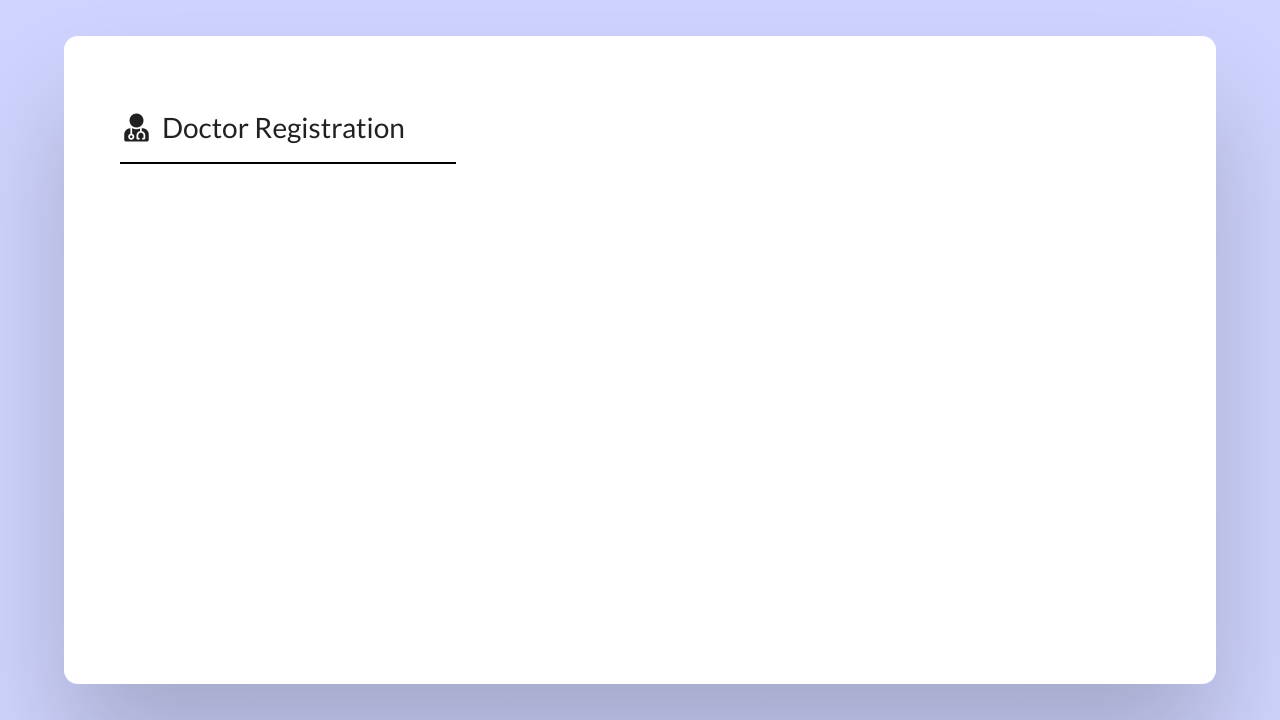
Repository: ajayaj2001/healthcare-digitization
Page: /doctorForm
An editor plug-in stored every save of this project. The page is shown before and after the next save, followed by the edit.
The browser window is 1280 px wide. The pictures show the whole page.
The project was rebuilt for these pictures with package versions that can differ from the ones it lists, and the page was loaded fresh each time. Also part of the build but not shown: src/component/userType/UserType.scss, src/component/userType/UserType.js, src/component/login/Login.scss, src/component/login/loginForm/LoginForm.scss, src/component/login/loginForm/LoginForm.js, src/component/login/Login.js, src/component/register/Register.scss, src/component/register/registerForm/RegisterForm.scss and 2 more.

Above is the page before, as saved 2021-03-13 10:42:17.

### public/index.html
<!DOCTYPE html>
<html lang="en">

<head>
  <meta charset="utf-8" />
  <meta name="viewport" content="width=device-width, initial-scale=1" />
  <meta name="theme-color" content="#000000" />
  <meta name="description" content="Web site created using create-react-app" />
  <link rel="stylesheet" href="https://fonts.googleapis.com/css?family=Roboto:300,400,500,700&display=swap" />
  <link rel="stylesheet" href="https://fonts.googleapis.com/icon?family=Material+Icons" />

  <!--
      manifest.json provides metadata used when your web app is installed on a
      user's mobile device or desktop. See https://developers.google.com/web/fundamentals/web-app-manifest/
    -->
  <!-- <link rel="manifest" href="%PUBLIC_URL%/manifest.json" /> -->
  <!--
      Notice the use of %PUBLIC_URL% in the tags above.
      It will be replaced with the URL of the `public` folder during the build.
      Only files inside the `public` folder can be referenced from the HTML.

      Unlike "/favicon.ico" or "favicon.ico", "%PUBLIC_URL%/favicon.ico" will
      work correctly both with client-side routing and a non-root public URL.
      Learn how to configure a non-root public URL by running `npm run build`.
    -->
  <title>medical</title>
</head>

<body>
  <noscript>You need to enable JavaScript to run this app.</noscript>
  <div id="root"></div>
  <!--
      This HTML file is a template.
      If you open it directly in the browser, you will see an empty page.

      You can add webfonts, meta tags, or analytics to this file.
      The build step will place the bundled scripts into the <body> tag.

      To begin the development, run `npm start` or `yarn start`.
      To create a production bundle, use `npm run build` or `yarn build`.
    -->
</body>

</html>

### src/index.js
import React from 'react';
import ReactDOM from 'react-dom';
import './index.scss';
import App from './component/app/App';
import 'semantic-ui-css/semantic.min.css'


ReactDOM.render(
  // <React.StrictMode>
    <App />
  // </React.StrictMode>
  ,
  document.getElementById('root')
);

### src/index.scss
code {
  font-family: source-code-pro, Menlo, Monaco, Consolas, "Courier New", monospace;
}
@mixin respond($breakpoint) {
  @if $breakpoint == phone {
    @media (max-width: 37.5em) {
      @content;
    }
  }

  @if $breakpoint == tab-land {
    @media (max-width: 75em) {
      @content;
    }
  }
  @if $breakpoint == tab-port {
    @media (max-width: 56.25em) {
      @content;
    }
  }
  @if $breakpoint == big-desktop {
    @media (min-width: 112.5em) {
      @content;
    }
  }
}

*,
*::after,
*::before {
  margin: 0;
  padding: 0;
  box-sizing: inherit;
}
body {
  font-family: "Lato", sans-serif;
  font-weight: 400;
  font-size: 16px;
  line-height: 1.7;
  color: #777;
  //padding: 30px;
  box-sizing: border-box;
  @include respond(tab-port) {
    padding: 0;
  }
}

html {
  font-size: 62.5%; //1rem=10px 10px/16px=62.5%
  @include respond(tab-land) {
    //width <1200
    font-size: 56.25%; //1rem=9px
  }
  @include respond(tab-port) {
    //<width <900
    font-size: 50%; //1rem=8px
  }
  // @include respond(phone) {
  //     //<width<600
  //     font-size: 40%; //1rem=4.8px
  // }
  @include respond(big-desktop) {
    //>1200
    font-size: 75%; //1rem=12
  }
}

### src/component/app/App.js
import './App.scss';

import UserType from "../userType/UserType";
import Login from '../login/Login';
import Register from '../register/Register';
import { BrowserRouter as Router,Route,Switch } from 'react-router-dom';
import DoctorForm from '../doctorForm/DoctorForm';

function App() {
  return (
    <Router>
       <Switch>
          <Route path="/login">
           <Login/>
          </Route>
          <Route path="/register">
           <Register/>
          </Route>
          <Route path="/doctorForm">
            <DoctorForm/>
          </Route>
          <Route path="/">
            <UserType/>
          </Route>

        </Switch>
    {/* <div className="App">
    </div> */}
    </Router>
  );
}

export default App;

### src/component/doctorForm/DoctorForm.js
import React from 'react'
import './DoctorForm.scss'
import { Form, Input, TextArea, Button, Select, Icon } from 'semantic-ui-react'

const DoctorForm = () => {
    return (
        <div className="doctorForm__container">
            <div className="doctorForm__main">
                <div className="doctorForm__heading"><Icon name="user doctor"/> Doctor Registration</div>
            </div>
        </div>
    )
}

export default DoctorForm

### src/component/doctorForm/DoctorForm.scss
.doctorForm{
    &__container{
        margin: 0;
        background-color: #cfd4fe;
        height: 100vh;
        display: flex;
        justify-content: center;
        align-items: center;
    }
    &__main{
        background-color: white;
        width: 90%;
        height: 90%;
        border-radius: 1rem;
        align-items: center;
        overflow: hidden;
        box-shadow: 0 5rem 8rem rgba(black, 0.2);
    }
   &__heading{
       font-size: 2rem;
       margin: 4rem 0rem 0rem 4rem;
       line-height: 5rem;
       border-bottom: .2rem solid black;
       width: 24rem;
   }
}

Loaded but not shown: src/component/app/App.scss (no stored copy; drawn as an empty file)

After the next save:
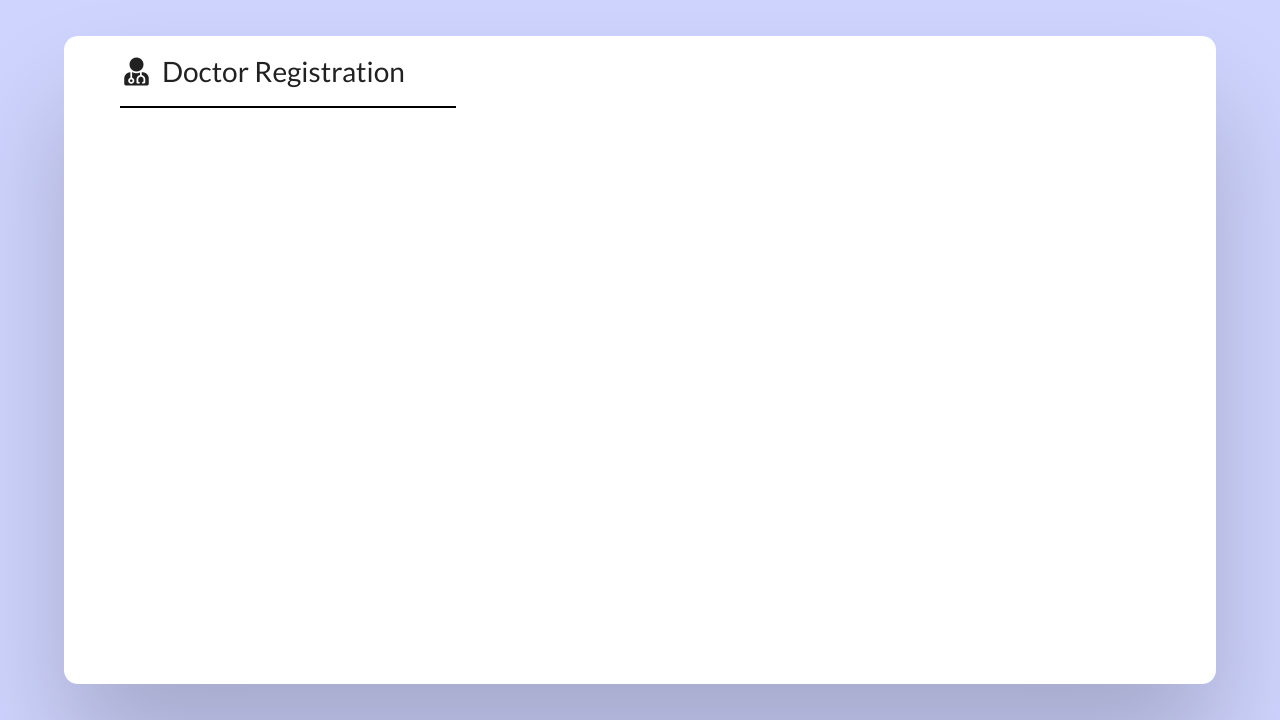
Saved 4 s later.
--- a/src/component/doctorForm/DoctorForm.scss
+++ b/src/component/doctorForm/DoctorForm.scss
@@ -18,7 +18,7 @@
     }
    &__heading{
        font-size: 2rem;
-       margin: 4rem 0rem 0rem 4rem;
+       margin: 0rem 0rem 0rem 4rem;
        line-height: 5rem;
        border-bottom: .2rem solid black;
        width: 24rem;
